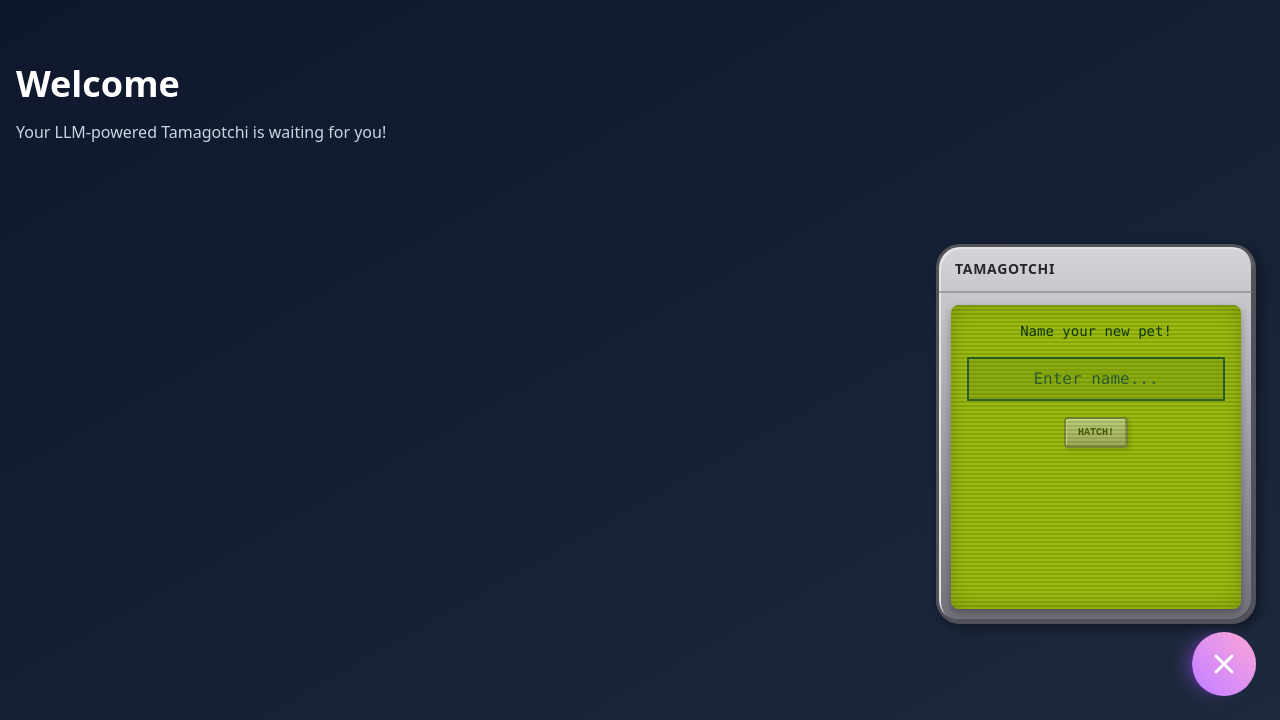
Repository: kttalley/local-llm-tamagotchi
Page: /
The author's editor kept a copy of each file at every save. The page is drawn from the files as they stood at one save, then again after the next save.
The browser window is 1280 px wide. The pictures show the whole page.
The page's requests for data from a server got no answer. The project was rebuilt for these pictures with package versions that can differ from the ones it lists, and the page was loaded fresh each time. No one was signed in, and anything a server would have sent is missing. Also part of the build but not shown: vite.config.ts, src/components/PetDisplay/index.tsx, src/components/StatsBar/index.jsx, src/services/ollama.ts, src/components/ActionButtons/index.jsx, src/components/ChatBubble/index.tsx.

Above is the page before, as saved 2026-01-12 19:09:57.

After the next save:
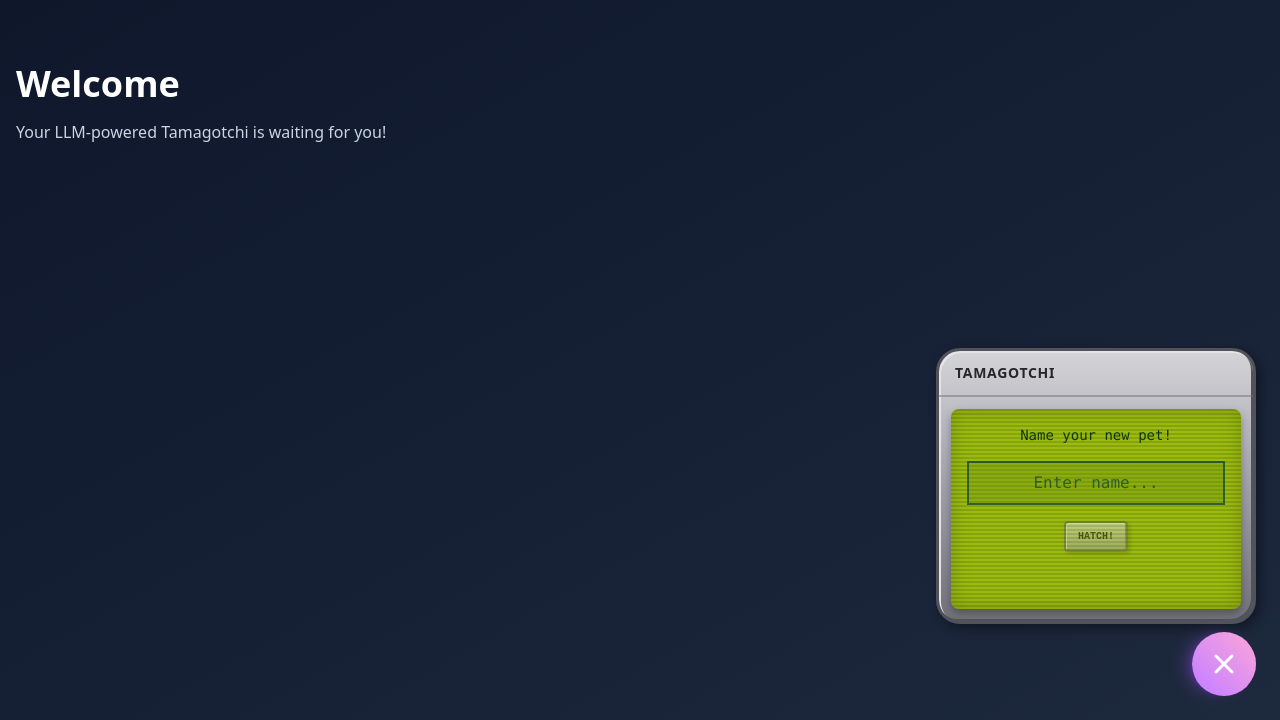
Saved 21 s later.
--- a/src/components/TamagotchiWidget/index.tsx
+++ b/src/components/TamagotchiWidget/index.tsx
@@ -14,7 +14,6 @@
   const { pet, createPet, tickStats, chatHistory } = usePetStore()
   const [petName, setPetName] = useState('')
   const [showChat, setShowChat] = useState(false)
-
 
   // Tick stats every minute
   useEffect(() => {
@@ -70,7 +69,7 @@
       </div>
 
       {/* LCD Screen */}
-      <div className="m-3 p-4 lcd-screen relative overflow-hidden min-h-[304px] transition-all duration-320 ease-in-out">
+      <div className="m-3 p-4 lcd-screen relative overflow-hidden min-h-[200px] transition-all duration-320">
         <div className="scanlines">
           {!pet ? (
             // Create Pet Form
@@ -104,14 +103,11 @@
             // Pet Display
             <div className="flex flex-col items-center gap-2">
               {/* Chat bubble */}
-
               {showChat && lastMessage?.role === 'pet' && (
                 <ChatBubble message={lastMessage.content} />
               )}
 
-
               {/* Pet sprite */}
-
               <PetDisplay
                 pixelGrid={pet.pixelGrid}
                 isSleeping={pet.isSleeping}
@@ -119,7 +115,6 @@
 
               {/* Stats */}
               <StatsBar stats={pet.stats} />
-
             </div>
           )}
         </div>
